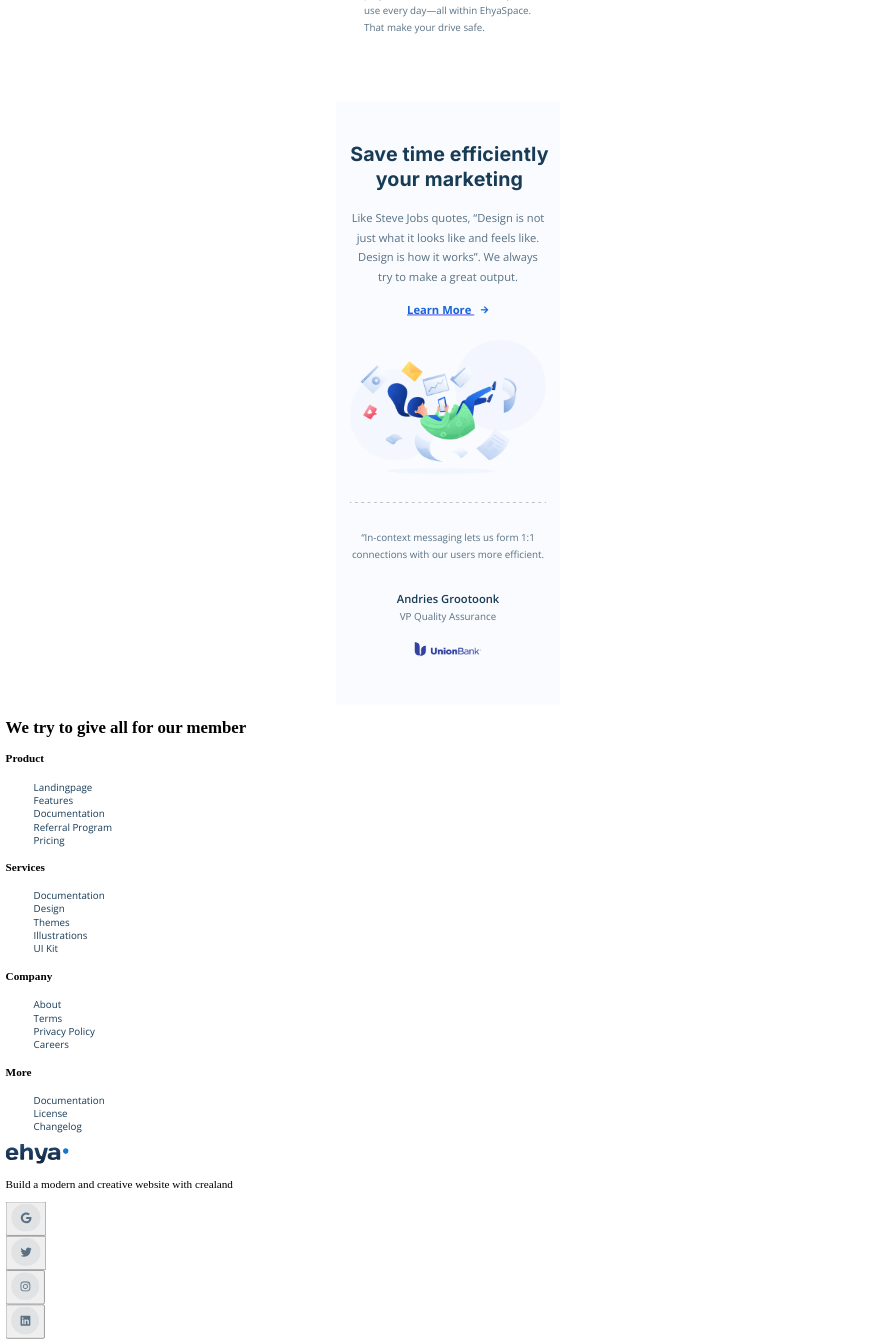
Repository: umlaufissss/provaFront
Page: HTML/index.html
These files come from the project's save history. The page is drawn as it stood at one moment and after the next save; the edit follows.
The browser window is 1280 px wide. The pictures show the part of the page from y = 1509 to 3429 px (the page is 3429 px tall before and 3413 px after), at 70% of full size.
Some web fonts or font styles are not loaded; a fallback is used.

Above is the page before, as saved 2026-06-22 19:17:49.

### HTML/index.html
<!DOCTYPE html>
<html lang="pt-br">
<head>
    <meta charset="UTF-8">
    <meta name="viewport" content="width=device-width, initial-scale=1.0">
    <link rel="stylesheet" href="../CSS/style.css">
    <link href="https://fonts.googleapis.com/css2?family=Inter:ital,opsz,wght@0,14..32,100..900;1,14..32,100..900&family=Montserrat:ital,wght@0,100..900;1,100..900&family=Paytone+One&display=swap" rel="stylesheet">
    <link href="https://fonts.googleapis.com/css2?family=Inter:ital,opsz,wght@0,14..32,100..900;1,14..32,100..900&family=Montserrat:ital,wght@0,100..900;1,100..900&family=Open+Sans:ital,wght@0,300..800;1,300..800&family=Paytone+One&display=swap" rel="stylesheet">

    <title>Prova de Recuperação Front End</title>
</head>
<body>

    <header class="mainGrid">
        <section class="generalCard">

            <section class="topCima">

                <!-- logo -->
                <div class="sonnImg">
                    <img src="/assets/icons/Logo.svg" alt="logo">
                </div>

                <div class="menu">
                    <img src="/assets/icons/ic_Menu (1).svg" alt="menu">
                </div>

            </section>

            <section class="meio">
                <div class="phrase">
                        <h1>Better customer relations starts now<h1>
                </div>

                <div class="card">

                    <p>Your Email here..<p>

                    <button type="button" class="button-submit">Get Started</button>

                </div>

                <div class="imagemTop">
                    <img src="/assets/img/Customer Development.svg" alt="imagemInicio">
                </div>

            </section>




        </section>
    </header>


    <main class="masterBoard">

        <section class="hero" id="teamSuggestions">

            <!-- Aqui a linha não é quebrada como proposto no Figma,
             mas seus valores de width e height são idênticos no CSS
             VEJA: "#teamSuggestions h2" em style.css-->
            <h2>Help your customers and your team</h2>

            <article class="cardSuggestions" id="beOrganized">
                <h3>
                    Be Organized
                </h3>
                <p>
                    Bring traditional files, cloud content,
                    EhyaSpace Paper docs, and web
                    shortcuts together in one
                    place—and work the way that works
                    for you.
                </p>
            </article>

            <img src="../assets/img/Organize Operations.png" alt="Organize Operations with Your Team">

            <article class="cardSuggestions">
                <h3>
                    Stay Focused
                </h3>
                <p>
                    Personalized suggestions give you
                    files and folders when you need
                    them so you spend less time
                    searching the files.
                </p>
            </article>

            <article class="cardSuggestions">
                <h3>Get in Sync</h3>
                <p>
                    Coordinate with your team and push
                    projects forward with the tools you
                    use every day—all within EhyaSpace.
                    That make your drive safe.
                </p>
            </article>
        </section>

    </main>

        <section class="second" id="saveTime">

            <h2>
                Save time efficiently your marketing
            </h2>

            <p>
                Like Steve Jobs quotes, “Design is not
                just what it looks like and feels like.
                Design is how it works”. We always
                try to make a great output.
            </p>

            <a class="btnLearn" href="/">
                <button type="button" aria-label="Click here to learn more">
                    Learn More <img src="../assets/icons/arrow.png">
                </button>
            </a>

            <img class="woman" src="../assets/img/Woman Falling.png" alt="Woman learning marketing">

            <img class="line" id="dotted" src="../assets/img/Line.png">

            <article class="quoteAndries">

                <!-- Aqui a linha não é quebrada como proposto no Figma,
                 mas seus valores de width e height são idênticos no CSS
                 VEJA: "#saveTime .quoteAndries p" em style.css-->
                <p>
                    “In-context messaging lets us form 1:1
                    connections  with our users
                    more efficient.
                </p>

                <h3>Andries Grootoonk</h3>
                <h4>VP Quality Assurance</h4>

                <img src="../assets/img/LogoUnionBank.png" alt="Logo of Union Bank">
            </article>
        </section>

        <section class="third" id="support">
            <h2>We try to give all for our member</h2>
        </section>

        <footer class="baseboard">
            <section class="principalBaseboard">
                <div class="cardFooter">
                    <h4>Product</h4>
                    <ul>
                        <li><a href="/">Landingpage</a></li>
                        <li><a href="/">Features</a></li>
                        <li><a href="/">Documentation</a></li>
                        <li><a href="/">Referral Program</a></li>
                        <li><a href="/">Pricing</a></li>
                    </ul>
                </div>

                <div class="cardFooter">
                    <h4>Services</h4>
                    <ul>
                        <li><a href="/">Documentation</a></li>
                        <li><a href="/">Design</a></li>
                        <li><a href="/">Themes</a></li>
                        <li><a href="/">Illustrations</a></li>
                        <li><a href="/">UI Kit</a></li>
                    </ul>
                </div>

                <div class="cardFooter">
                    <h4>Company</h4>
                    <ul>
                        <li><a href="/">About</a></li>
                        <li><a href="/">Terms</a></li>
                        <li><a href="/">Privacy Policy</a></li>
                        <li><a href="/">Careers</a></li>
                    </ul>
                </div>

                <div class="cardFooter">
                    <h4>More</h4>
                    <ul>
                        <li><a href="/">Documentation</a></li>
                        <li><a href="/">License</a></li>
                        <li><a href="/">Changelog</a></li>
                    </ul>
                </div>
            </section>

            <section class="bottomBaseboard">

                <div class="mainIcon">
                    <img src="/assets/icons/Logo.svg" alt="Logo 'ehya' do site">
                </div>

                <p>Build a modern and creative website with crealand</p>

                <div class="networkIcons">
                    <article class="icon">
                        <a href="/"><button><img src="/assets/icons/IconG.svg" alt="Ir para página Google"></button></a>
                    </article>

                    <article class="icon">
                        <a href="/"><button><img src="/assets/icons/IconT.svg" alt="Ir para nosso perfil do Twitter"></button></a>
                    </article>

                    <article class="icon">
                        <a href="/"><button><img src="/assets/icons/IconI.svg" alt="Ir para nosso perfil do Instagram"></button></a>
                    </article>

                    <article class="icon">
                        <a href="/"><button><img src="/assets/icons/IconL.svg" alt="Ir para nosso perfil do Linkedin"></button></a>
                    </article>

                    </div>
                </section>
        </footer>
</body>
</html>

### CSS/style.css
:root
{
    --color-white: #FFF;
    --color-vibrant-green: #36B37E;
    --color-bright-gray: #F9FBFE;
    --color-brigther-gray: #F9FBFE;
    --color-navy-blue: #183B56;
    --color-vibrant-dark-blue: #1565D8;
    --color-steel-blue: #5A7184;
    --color-gray: #B3BAC5;
    --color-dotted-line: #9DAAB6;

    /*Opacidade*/
    --color-steel-blue-opacity10: rgba(179, 186, 197, 0.1);
}

*
{
    box-sizing: border-box;
}

.mainGrid{
    margin:0px;
    background-color:#36B37E ;

}

.soonImg img{
  display: flex;
  justify-content: space-between;
  align-items: center;
  margin:0px;
}

.topCima{

}

.phrase h1{
    font-family: "Inter" , sans-serif;
    color: #183B56;
    font-weight: 300 ;

    font-family: Inter;
    font-weight: 700;
    font-size: 32px;
    text-align: center;

}

.card{
    display: grid;
    text-align: center;
    background-color: white;
    color: #5A7184;

    width: 280px;
    height: 132px;
    top: 206px;
    left: 20px;


    border-radius: 8px;
    justify-content: center;
    align-items: center;
}


.card button{
    background-color: rgb(107, 192, 107);
    color: white;

    height: 46px;
    width: 248px;
    border: 0px;
    border-radius: 8px;

    top: 276px;
    left: 36px;


}

.imagemTop img{
    width: 280px;
    height: 180px;

    margin: 18px 0 18px;

}




.masterBoard
{
    padding: 0 20px;
    background-color: var(--color-white);

    width: 320px;
    justify-self: center;
}

#teamSuggestions
{
    display: flex;
    flex-direction: column;
    justify-self: center;

    padding: 64px 0 56px;
}
#teamSuggestions h2
{
    font-family: "Inter", sans-serif;
    font-weight: 700;
    font-size: 28px;
    line-height: 36px;
    letter-spacing: 0.2px;
    text-align: center;

    color: var(--color-navy-blue);

    margin: 0;

    width: 280px;
    height: 108px;
}

#teamSuggestions .cardSuggestions
{
    width: 280px;
    height: 201px;
    display: flex;
    flex-direction: column;
    justify-content: center;

    margin: 12px 0;
}

#teamSuggestions .cardSuggestions h3
{
    font-family: "Inter",sans-serif;
    font-weight: 700;
    font-size: 16px;
    line-height: 20px;
    letter-spacing: 0.2px;

    color: var(--color-navy-blue);

    margin-left: 20px;
}

#teamSuggestions .cardSuggestions p
{
    font-family: Open Sans;
    font-weight: 400;
    font-size: 14px;
    line-height: 24px;
    letter-spacing: 0px;

    color: var(--color-steel-blue);
    margin-left: 20px;

    width: 240px;
}

#teamSuggestions img
{
    width: 280px;
    height: 180px;

    margin: 18px 0 18px;
}

#teamSuggestions #beOrganized
{

    background-color: var(--color-steel-blue-opacity10);
    border-left: 2px solid var(--color-steel-blue);

    margin: 18px 0;
}

#saveTime
{
    padding: 56px 20px 58px;
    background-color: var(--color-brigther-gray);

    width: 320px;
    display: flex;
    flex-direction: column;
    justify-self: center;
    text-align: center;
}

#saveTime h2
{
    font-family: "Inter", sans-serif;
    font-weight: 700;
    font-size: 28px;
    line-height: 36px;
    letter-spacing: 0.2px;
    text-align: center;

    color: var(--color-navy-blue);

    width: 284px;
    height: 72px;

    margin: 0;
}

#saveTime p
{
    font-family: "Open Sans", sans-serif;
    font-weight: 400;
    font-size: 16px;
    line-height: 28px;
    letter-spacing: 0px;
    text-align: center;

    color: var(--color-steel-blue);

    width: 280px;
    height: 112px;

    margin: 24px 0;
}

#saveTime .btnLearn
{
    display: flex;

    justify-content: center;
    margin-bottom: 34px;

    tex

}

#saveTime .btnLearn button
{
    font-family: "Open Sans", sans-serif;
    font-weight: 700;
    font-size: 16px;
    line-height: 100%;
    letter-spacing: 0px;

    background-color: transparent;
    border: none;
    color: var(--color-vibrant-dark-blue);
}

#saveTime .btnLearn button img
{
    margin-left: 10px;
}

#saveTime .woman
{
    width: 280px;
    height: 192px;
}

#saveTime #dotted.line
{
    margin: 40px 0 37px;
}

#saveTime .quoteAndries p
{
    font-family: "Open Sans", sans-serif;
    font-weight: 400;
    font-size: 14px;
    line-height: 24px;
    letter-spacing: 0px;
    text-align: center;

    width: 280px;
    height: 72px;

    margin: 0;

    color: var(--color-steel-blue);
}

#saveTime .quoteAndries h3
{
    font-family: "Open Sans", sans-serif;
    font-weight: 600;
    font-size: 16px;
    line-height: 100%;
    letter-spacing: 0px;

    color: var(--color-navy-blue);

    margin: 20px 0 7px;
}

#saveTime .quoteAndries h4
{
    font-family: Open Sans;
    font-weight: 400;
    font-size: 14px;
    line-height: 20px;
    letter-spacing: 0px;
    text-align: center;

    color: var(--color-steel-blue);

    margin: 0 0 20px;
}

#saveTime .quoteAndries img
{
    width: 102.85px;
    height: 34.1px;
}

.cardFooter ul li {
    list-style-type: none;
    margin: 15px;
    margin: 0px;
    padding: 0px;

}
.cardFooter a{
    font-family: "Open Sans", sans-serif;
    font-size: 14px;
    color: var(--color-navy-blue);
    text-decoration: none;
}

After the next save:
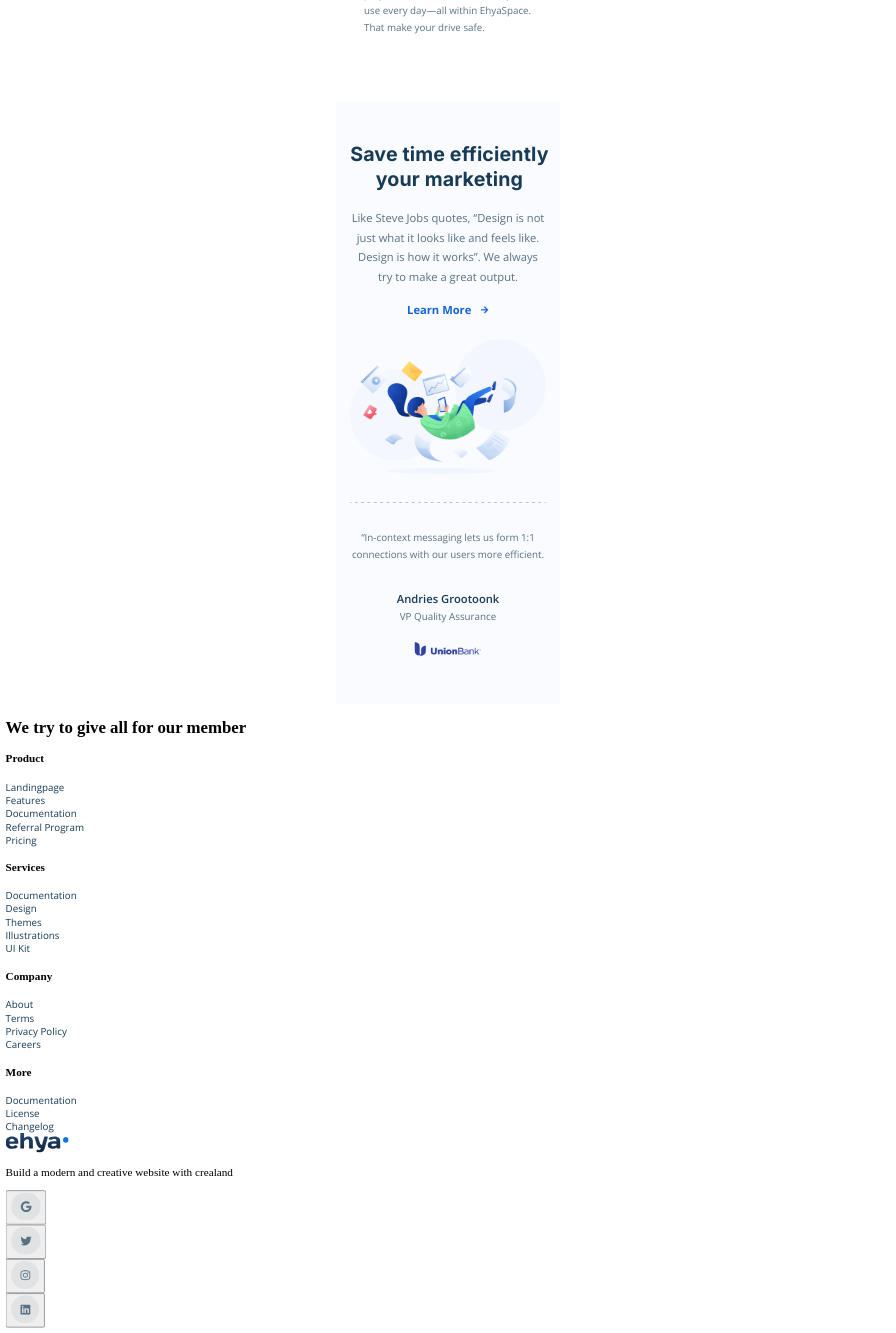
Saved 4 s later.
--- a/CSS/style.css
+++ b/CSS/style.css
@@ -234,7 +234,7 @@
     justify-content: center;
     margin-bottom: 34px;
 
-    tex
+    text-decoration: none;
 
 }
 
@@ -317,7 +317,7 @@
     height: 34.1px;
 }
 
-.cardFooter ul li {
+.cardFooter ul{
     list-style-type: none;
     margin: 15px;
     margin: 0px;
